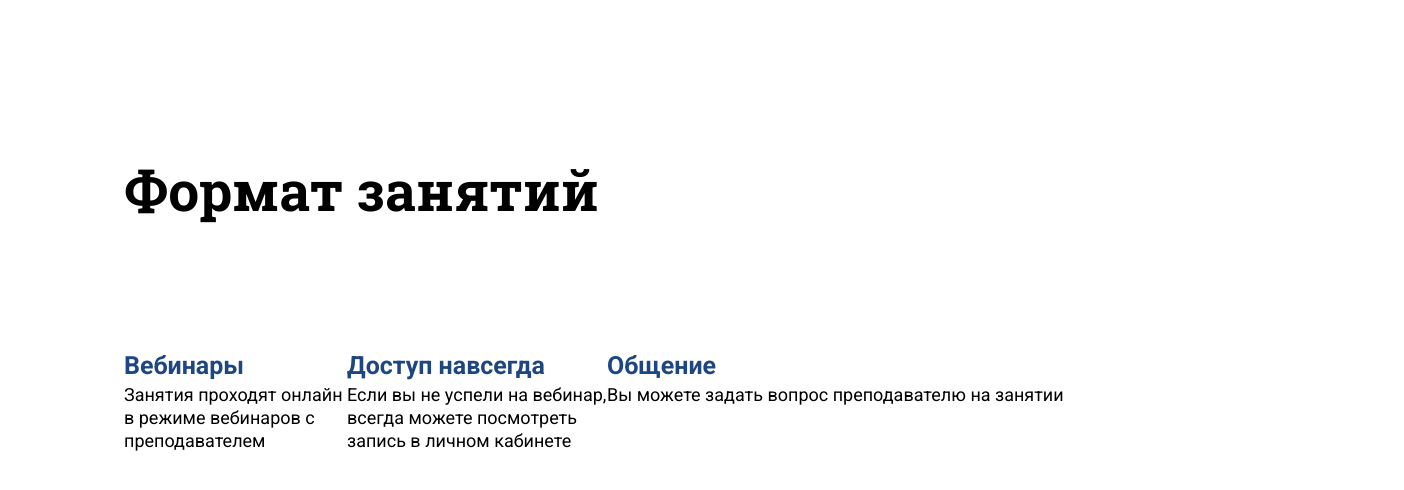
Repository: PoladEziz/Task2
Page: index.html
The author's editor kept a copy of each file at every save. The page is drawn from the files as they stood at one save, then again after a run of saves.
The browser window is 1280 px wide. The page is 1404 px wide, so the pictures cover 1404 px, including what lies to the right of the window. The pictures show the whole page.

Above is the page before, as saved 2023-05-04 17:30:03.

After the next 3 saves:
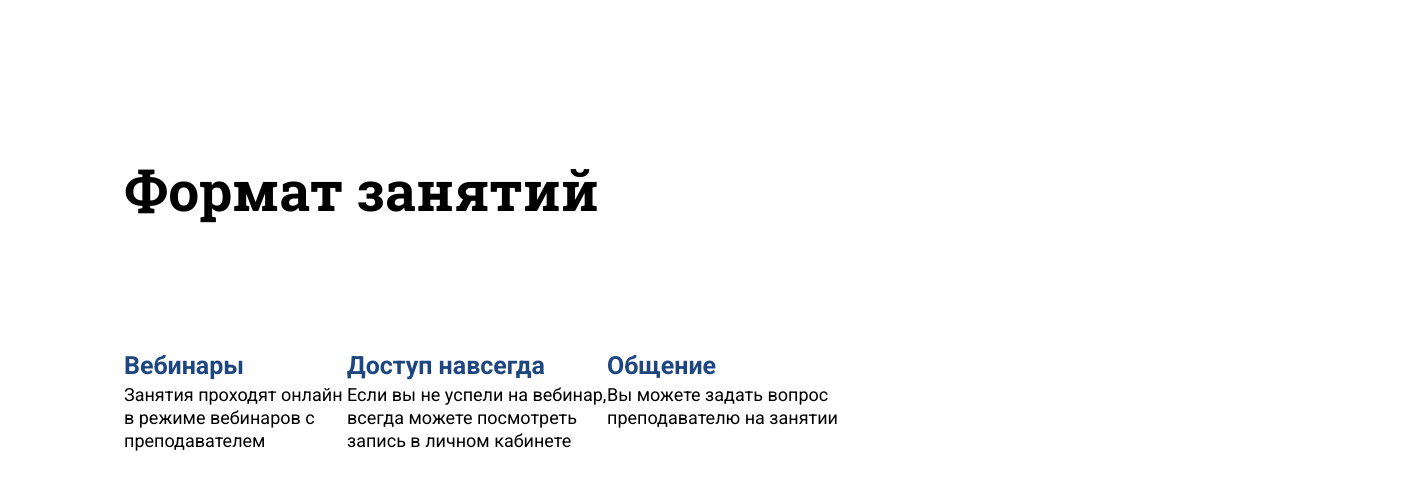
The 3 saves are shown as one change because they came seconds apart.
The last was saved 22 s later.
--- a/index.css
+++ b/index.css
@@ -38,6 +38,9 @@ width: 223px;
 li:nth-child(2) {
     width: 260px;
     }
+    li:nth-child(3) {
+        width: 232px;
+        }
 .page-1 ul li h2 {
     font-family: 'Roboto';
     font-style: normal;
